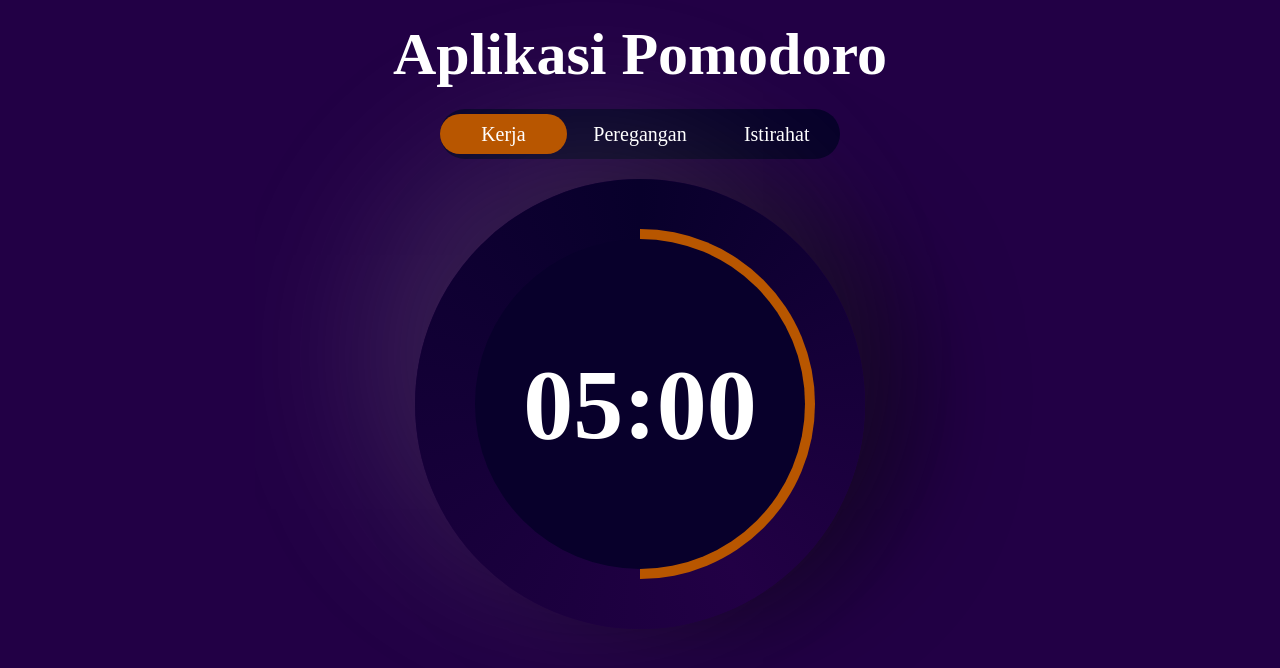
Repository: sellayspy/aplikasiPomodoro
Page: /
An editor plug-in stored every save of this project. The page is shown before and after the next save, followed by the edit.
The browser window is 1280 px wide. The pictures show the whole page.
The project was rebuilt for these pictures with package versions that can differ from the ones it lists, and the page was loaded fresh each time. Also part of the build but not shown: vite.config.js.

Above is the page before, as saved 2024-11-25 14:20:29.

After the next save:
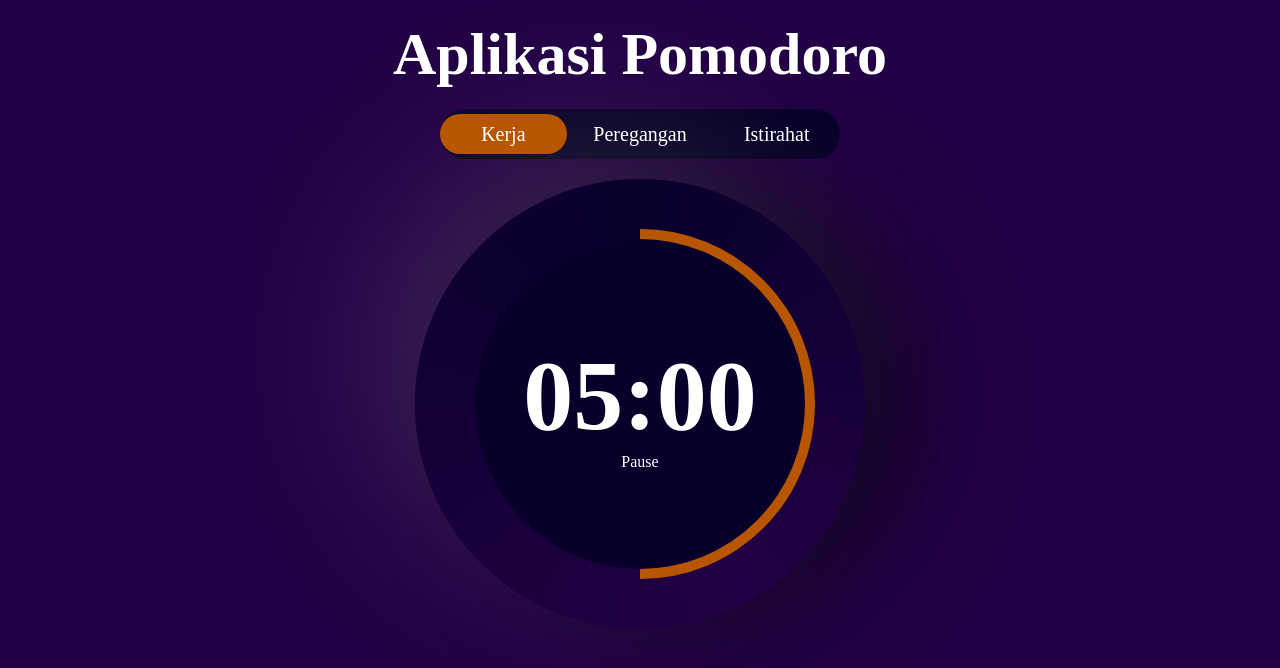
Saved 3 min 49 s later.
--- a/src/components/Waktu.jsx
+++ b/src/components/Waktu.jsx
@@ -4,12 +4,22 @@ const Waktu = () => {
   return (
     <ClockContainer>
       <TimerText>05:00</TimerText>
+      <StartPauseButton>Pause</StartPauseButton>
     </ClockContainer>
   );
 };
 
 export default Waktu;
-const ClockContainer = styled.div``;
+const ClockContainer = styled.div`
+  display: grid;
+  place-items: center;
+`;
+
 const TimerText = styled.h3`
   font-size: 10rem;
 `;
+
+const StartPauseButton = styled.button`
+  all: unset;
+  text-align: center;
+`;
